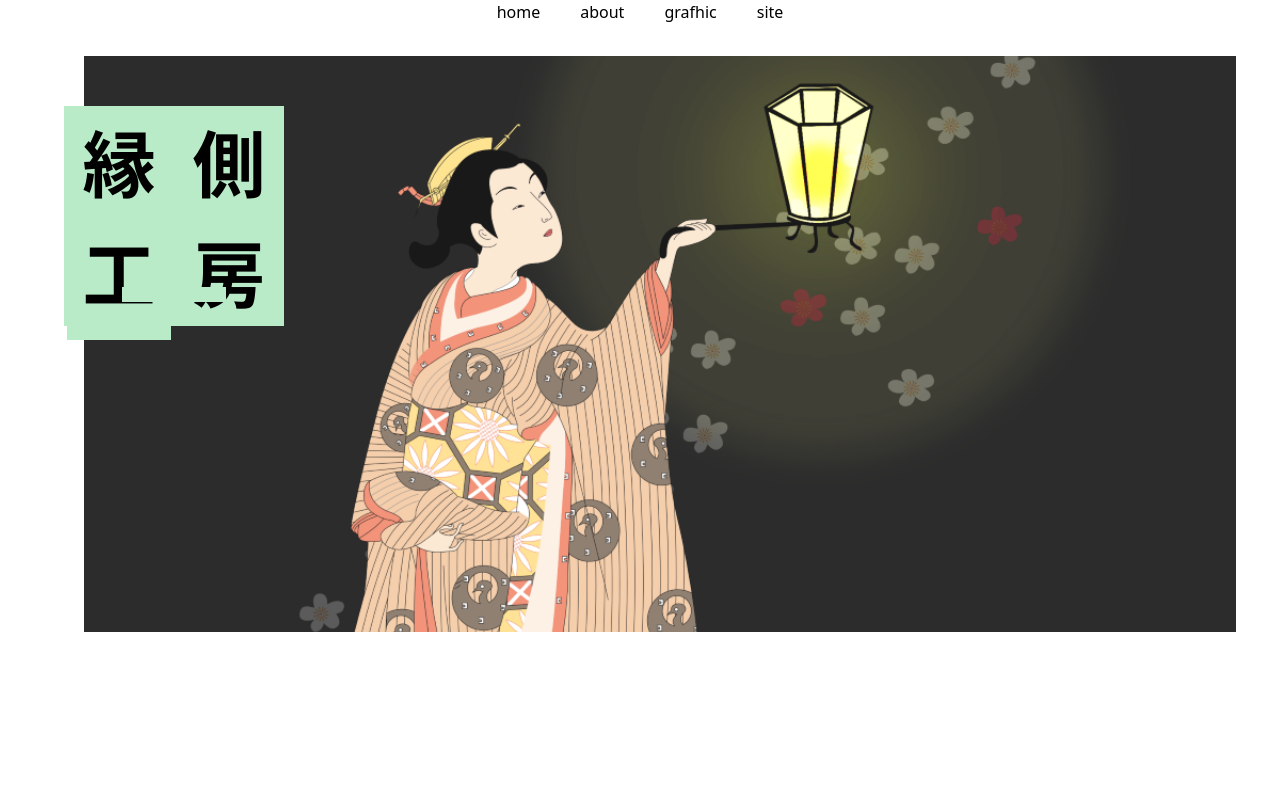
Repository: satoshi-create/next-express
Page: / (app in frontend/)
The author's editor kept a copy of each file at every save. The page is drawn from the files as they stood at one save, then again after the next save.
The browser window is 1280 px wide. The pictures show the whole page.
The project was rebuilt for these pictures with package versions that can differ from the ones it lists, and the page was loaded fresh each time. The framework's server and built-in components were replaced by stand-ins that run in the browser. Also part of the build but not shown: frontend/next.config.js, frontend/next.config.mjs.

Above is the page before, as saved 2024-02-16 11:42:02.

### frontend/app/layout.tsx
import type { Metadata } from "next";
// import { Inter, Montserrat } from "next/font/google";
import "@/app/globals.css";
import Header from "@/app/ui/header";
import Footer from "@/app/ui/footer";

// const inter = Inter({ subsets: ["latin"] });

// const montserrat = Montserrat({ subsets: ["latin"] });

export const metadata: Metadata = {
  title: "Create Next App",
  description: "Generated by create next app",
};

export default function RootLayout({
  children,
}: Readonly<{
  children: React.ReactNode;
}>) {
  return (
    <html lang="ja">
      <body>
        <Header />
        {children}
        {/* <Footer /> */}
      </body>
    </html>
  );
}

### frontend/app/page.tsx
"use client";
import React, { useState, useEffect } from "react";
import Hero from "@/app/ui/hero";
import About from "@/app/ui/about";
import Cardwrpper from "@/app/ui/cardwrpper";
import axios from "axios";

interface User {
  id: number;
  name: string;
  email: string;
}

export default function Page() {
  // const apiUrl = process.env.NEXT_PUBLIC_API_URL || "http://localhost:4000";
  // const [users, setUsers] = useState<User[]>([]);
  // const [loading, setIsLoading] = useState(false);

  // console.log(loading);

  //fetch users
  // useEffect(() => {
  //   const fetchData = async () => {
  //     try {
  //       const response = await axios.get(`${apiUrl}/users`);
  //       setUsers(response.data.reverse());
  //     } catch (error) {
  //       console.error("Error fetching data:", error);
  //     }
  //   };

  //   fetchData();
  //   setIsLoading(true);
  // }, []);

  return (
    <main>
      {/* <p>test docker</p> */}
      <Hero />
      {/* <About /> */}
      {/* {loading ? (
        users.map((user, index) => {
          return <p key={index}>{user.name}</p>;
        })
      ) : (
        <div>loading...</div>
      )} */}
      {/* <Cardwrpper /> */}
    </main>
  );
}

### frontend/app/globals.css
@tailwind base;
@tailwind components;
@tailwind utilities;

:root {
  --transition: all 0.3s linear;
  --transition-slow: all 0.5s linear;
  --overlay: rgba(0, 0, 0, 0.72);
  --white: #fff;
  --black: #141414;
  --grey-02: #9f9f9f;
  --grey-01: #d8d8d8;
  --accent-clr-01: #ff9692;
  --accent-clr-02: #fff1f0;
  --accent-clr-03: #fd3a33;
  --primary-green-01: #7fbe92;
  --primary-green-02: #b9ebc8;
  --primary-green-03: #e5ffed;
  --primary-green-04: #f1fff5;
  --primary-green-05: #fff6f2;
  --primary-blue-01: #9ad7e3;
  --primary-blue-02: #e3f7fb;
}

body {
}

.parts-grid {
  display: grid;
  grid-template-columns: 1fr min(calc(100vw - (5vw * 2)), 1200px) 1fr;
}

.parts-grid > * {
  grid-column: 2;
}

header {
  font-family: var(--font-montserrat);
}

.hero-grid {
  display: grid;
  grid-template-areas: "A B C" "D E F" "G H J" "K L M";
  grid-template-rows: 50px repeat(3, 1fr);
  grid-template-columns: 30px repeat(2, 1fr);
}
.hero-logo {
  grid-area: D;
}

### frontend/app/ui/header.tsx
import Link from "next/link";
export default function Header() {
  return (
    <ul className="flex gap-10 text-center justify-center">
      <li>
        <Link href="/">home</Link>
      </li>
      <li>
        <Link href="about">about</Link>
      </li>
      <li>
        <Link href="grafhic">grafhic</Link>
      </li>
      <li>
        <Link href="site">site</Link>
      </li>
    </ul>
  );
}

### frontend/app/ui/hero.tsx
import Link from "next/link";
import Image from "next/image";
import { Noto_Sans_JP } from "next/font/google";

const notosansjp = Noto_Sans_JP({ subsets: ["latin"] });

export default function Hero() {
  return (
    <section className={`parts-grid py-8`}>
      <div className="hero-grid">
        <figure
          style={{ position: "relative", width: "100%", height: "80vh" }}
          className="row-span-full col-span-full ml-5 opacity-90"
        >
          <Image
            src="/yorunoume.png"
            layout="fill"
            objectFit="cover"
            alt="hero image"
          />
        </figure>
        <div
          className={`grid hero-logo grid-cols-2 place-items-center z-10  bg-primary-green-02 w-herologo h-herologo ${notosansjp.className} text-herologo font-bold relative`}
        >
          <h1>縁</h1>
          <h1>側</h1>
          <h1>工</h1>
          <h1>房</h1>
          <div className="w-herobar h-herobar bg-primary-green-02 absolute bottom-6"></div>
          <div className="w-herobar h-herobar bg-primary-green-02"></div>
        </div>
      </div>
    </section>
  );
}

### frontend/tailwind.config.ts
import type { Config } from "tailwindcss";

const config: Config = {
  content: [
    "./pages/**/*.{js,ts,jsx,tsx,mdx}",
    "./components/**/*.{js,ts,jsx,tsx,mdx}",
    "./app/**/*.{js,ts,jsx,tsx,mdx}",
  ],
  theme: {
    extend: {
      fontSize: {
        headertitle: "clamp(1.25rem,.8889rem + 1.5408vw,1.875rem)",
        navtext: "clamp(1rem,.25rem + 1.5625vw,1.25rem)",
        herologo: "clamp(3.4375rem,2.7875rem + 2.7735vw,4.5625rem)",
      },
      width: {
        herologo: "clamp(10.3125rem,8.3263rem + 8.4746vw,13.75rem)",
        herobar: "clamp(4.875rem,3.9361rem + 4.0062vw,6.5rem)",
      },
      height: {
        herologo: "clamp(10.3125rem,8.3263rem + 8.4746vw,13.75rem)",
        herobar: "clamp(.625rem,.4444rem + .7704vw,.9375rem)",
      },
      colors: {
        "accent-clr-01": "var(--accent-clr-01)",
        "accent-clr-02": "var(--accent-clr-02)",
        "accent-clr-03": "var(--accent-clr-03)",
        "primary-green-01": "var(--primary-green-01)",
        "primary-green-02": "var(--primary-green-02)",
        "primary-green-03": "var(--primary-green-04)",
        "primary-green-04": "var(--primary-green-04)",
        "primary-green-05": "var(--primary-green-05)",
        "primary-blue-01": "var(----primary-blue-01)",
        "primary-blue-02": "var(----primary-blue-02)",
      },
    },
  },
  plugins: [],
};
export default config;

After the next save:
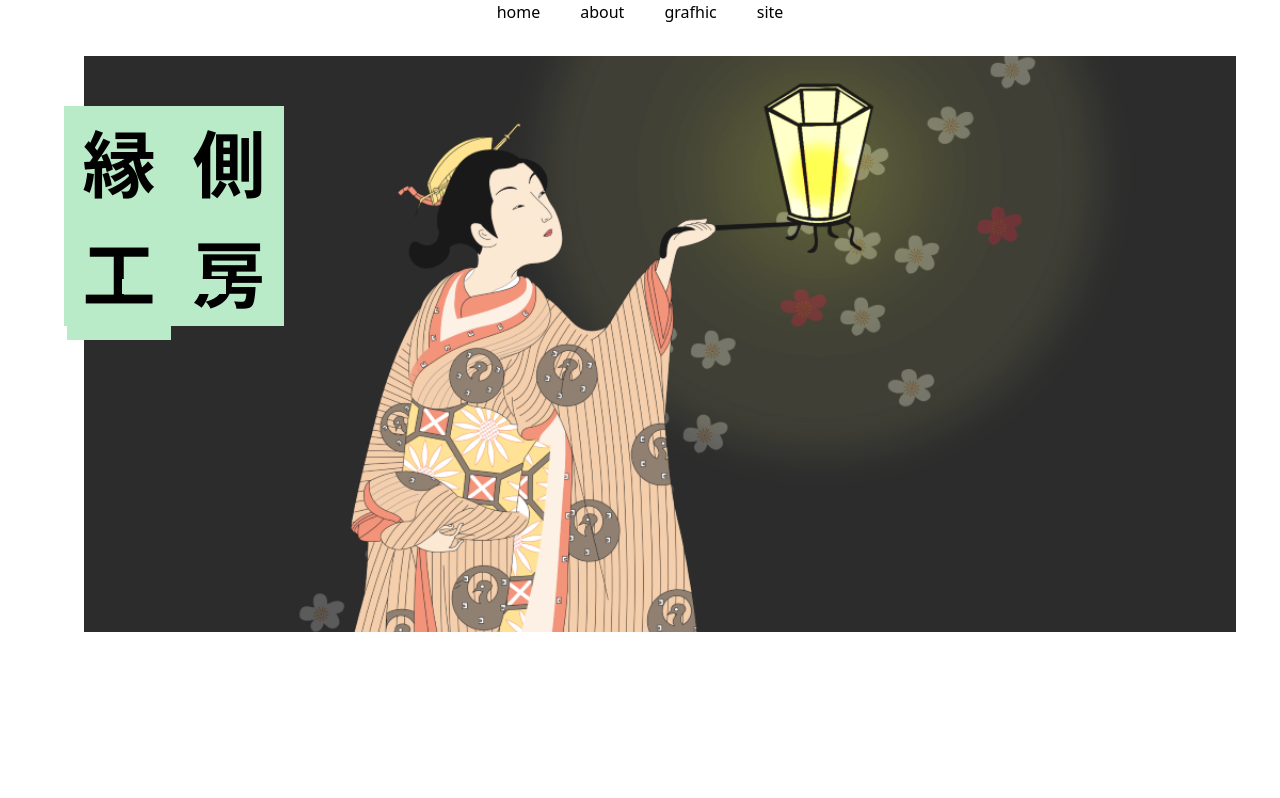
Saved 4 s later.
--- a/frontend/app/ui/hero.tsx
+++ b/frontend/app/ui/hero.tsx
@@ -26,7 +26,7 @@
           <h1>側</h1>
           <h1>工</h1>
           <h1>房</h1>
-          <div className="w-herobar h-herobar bg-primary-green-02 absolute bottom-6"></div>
+          <div className="w-herobar h-herobar bg-primary-green-02 absolute bottom-8"></div>
           <div className="w-herobar h-herobar bg-primary-green-02"></div>
         </div>
       </div>
